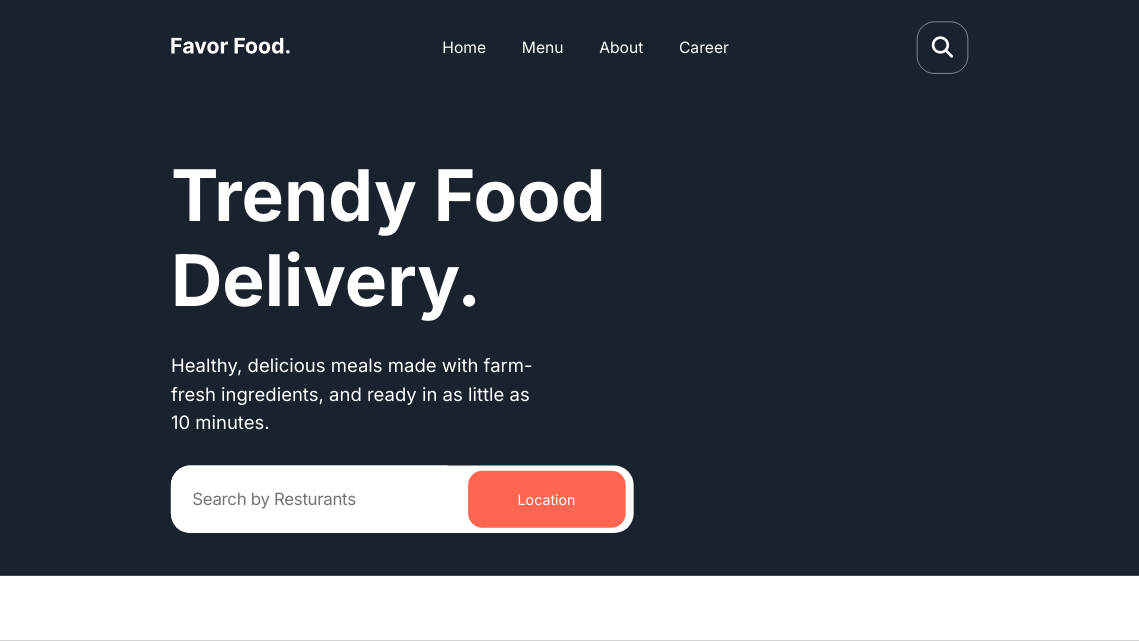
Repository: badhon252/favor-food
Page: index.html
The author's editor kept a copy of each file at every save. The page is drawn from the files as they stood at one save, then again after the next save.
The browser window is 1280 px wide. The pictures show the whole page, at 89% of full size.
The style sheet was rebuilt from its Sass, Less or Tailwind sources for each picture, by a compiler version that may differ from the author's.

Above is the page before, as saved 2022-09-10 16:18:43.

After the next save:
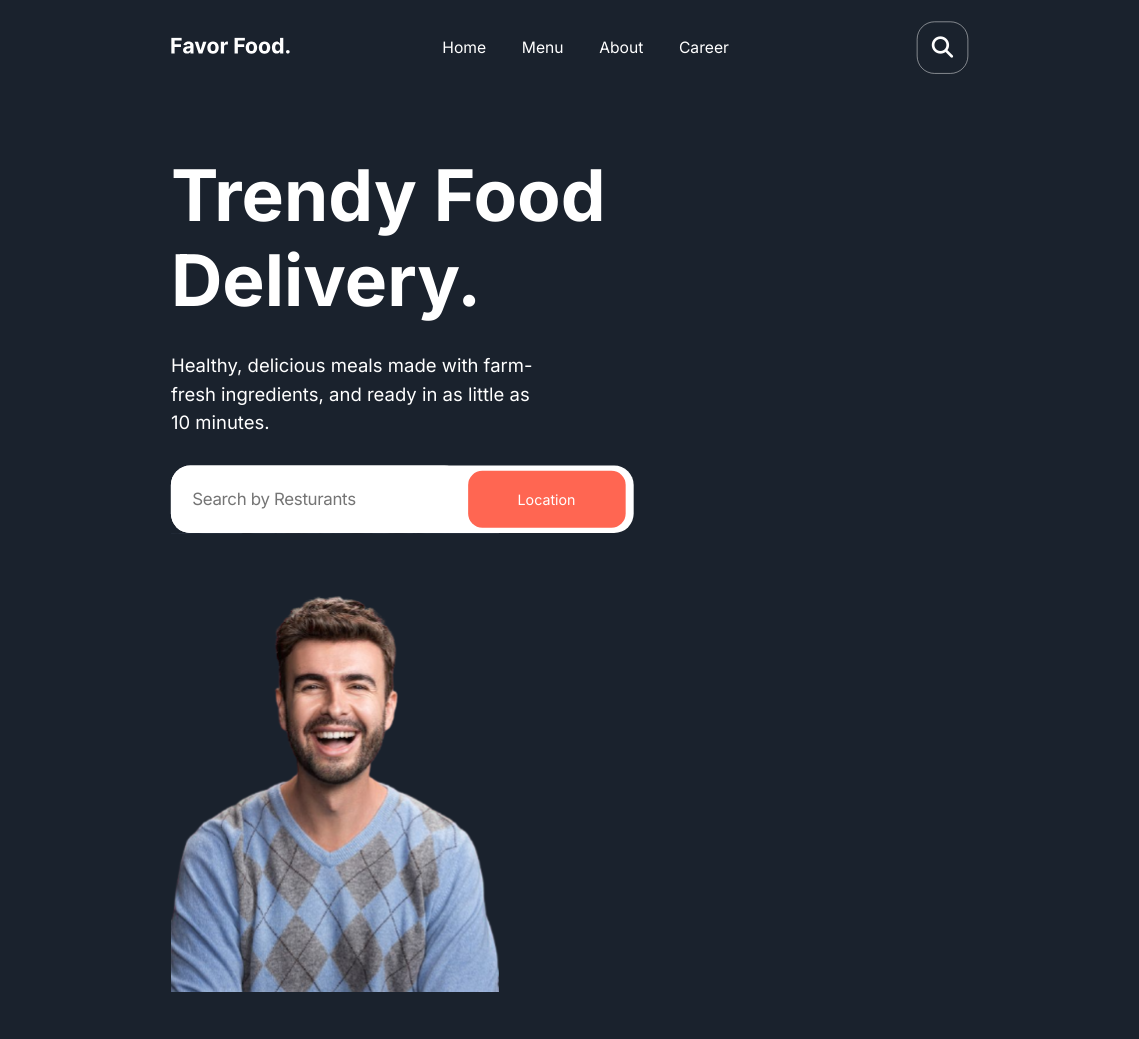
Saved 70 s later.
--- a/index.html
+++ b/index.html
@@ -45,7 +45,11 @@
                         <label for="location">Location</label>
                     </form>
                 </div>
-                <div class="col-md-6"></div>
+                <div class="col-md-6">
+                    <div class="card">
+                        <img src="./images/image 624.svg" alt="">
+                    </div>
+                </div>
             </div>
         </div>
     </header>
